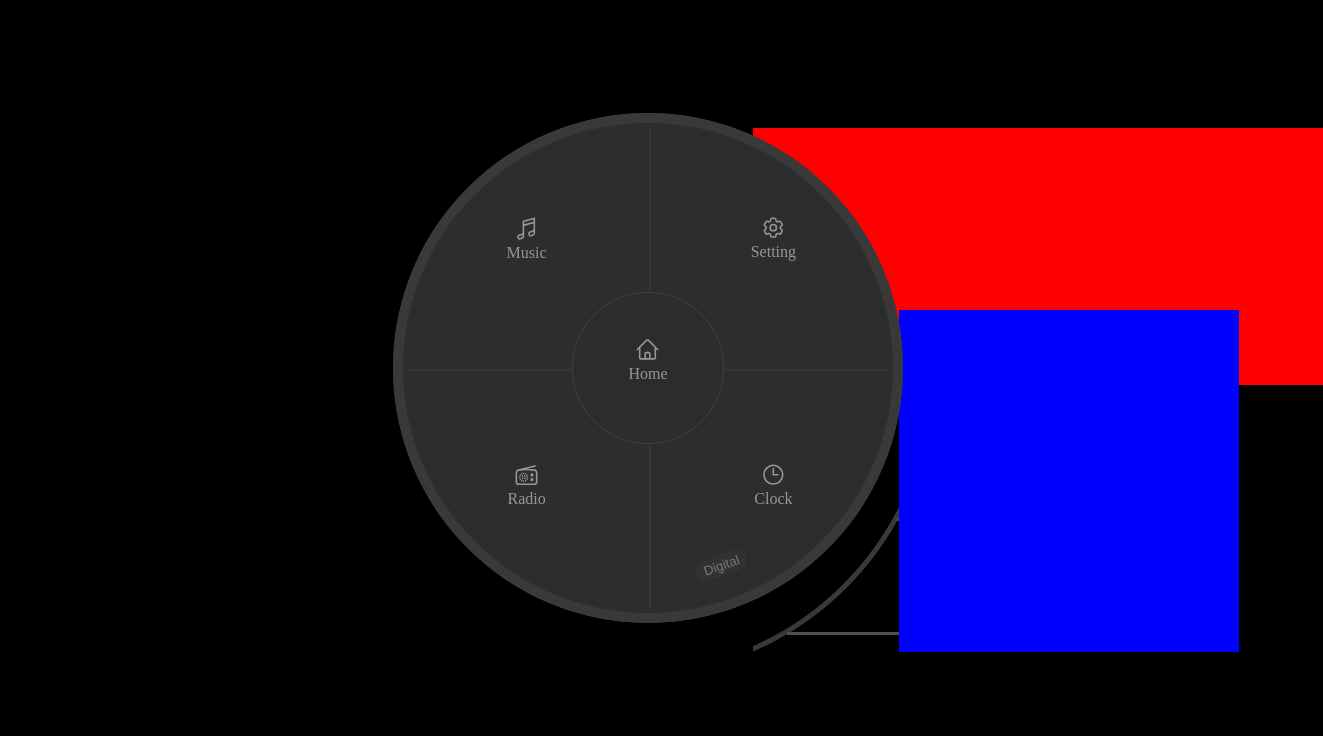
Repository: hsumyatm7308/Basecycle
Page: index.html
An editor plug-in stored every save of this project. The page is shown before and after the next save, followed by the edit.
The browser window is 1280 px wide. The page is 1323 px wide, so the pictures cover 1323 px, including what lies to the right of the window. The pictures show the whole page.
After loading, the first visible `#digital` was clicked once.

Above is the page before, as saved 2023-06-03 00:09:06.

After the next save:
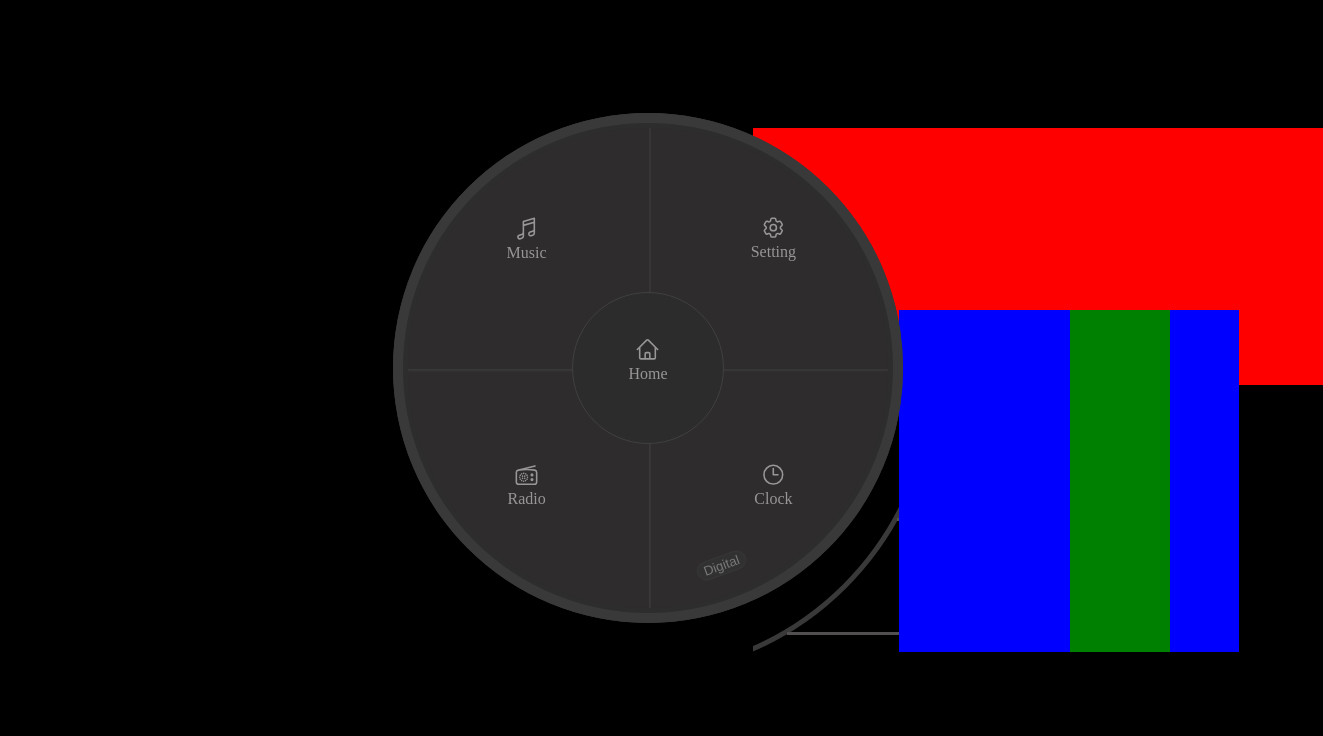
Saved 51 s later.
--- a/script.js
+++ b/script.js
@@ -128,7 +128,7 @@ digitalid.addEventListener('click',function(){
 
 
   dgidone.classList.toggle('dgani1p1');
-  dgidtwo.classList.toggle('digiani2');
+  dgidtwo.classList.toggle('dgani2p1');
 
         digitalid.addEventListener('click',function(){
             dgidone.classList.toggle('dganireverse1');
